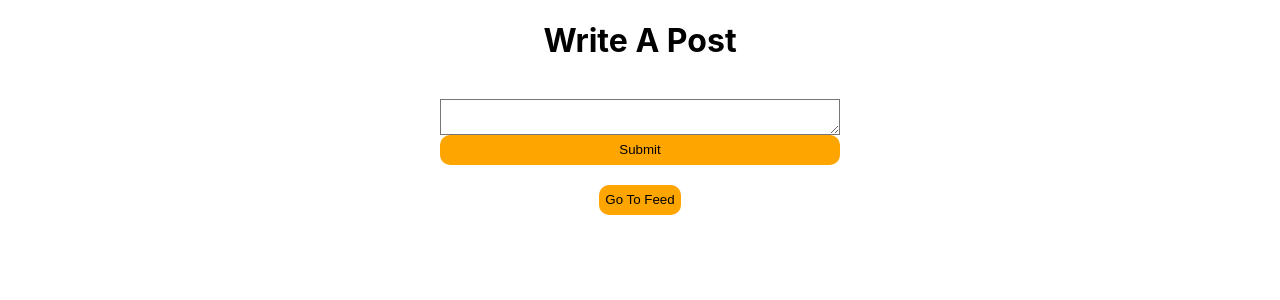
Repository: shaelorch/comp-week4
Page: /addPosts
These files come from the project's save history. The page is drawn as it stood at one moment and after a run of saves; the edit follows.
The browser window is 1280 px wide. The pictures show the whole page.
The project was rebuilt for these pictures with package versions that can differ from the ones it lists, and the page was loaded fresh each time. The framework's server and built-in components were replaced by stand-ins that run in the browser. Also part of the build but not shown: next.config.js.

Above is the page before, as saved 2023-01-31 23:11:36.

After the next 4 saves:
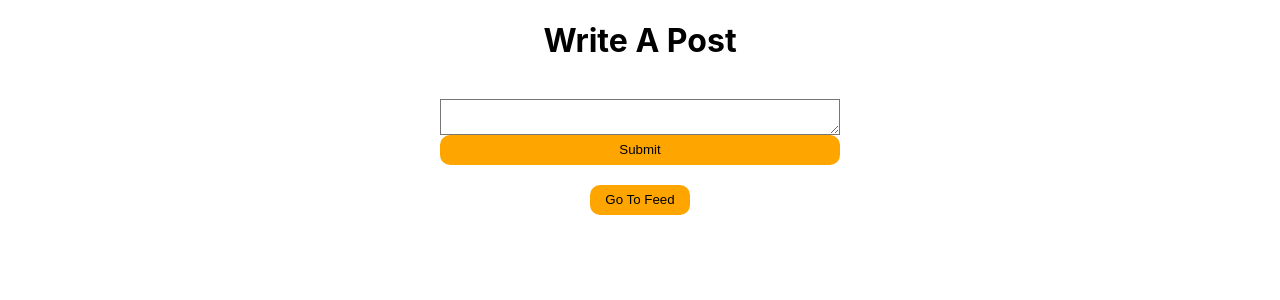
The 4 saves are shown as one change because 1 did not build or start and some came seconds apart.
The last was saved 24 s later.
--- a/pages/addPosts.js
+++ b/pages/addPosts.js
@@ -23,7 +23,7 @@ export default function Home({posts}) {
             <button style={{backgroundColor:'orange', borderRadius:10, border:'transparent', height:30}} type="submit">Submit</button>
         </form>
         <a href='/'>
-            <button style={{display:'flex', marginTop:20, backgroundColor:'orange', border:'transparent', height:30, alignItems:'center', borderRadius:10}}>Go To Feed</button>
+            <button style={{display:'flex', marginTop:20, backgroundColor:'orange', border:'transparent', height:30, alignItems:'center', borderRadius:10, padding:15}}>Go To Feed</button>
         </a>
 
 
